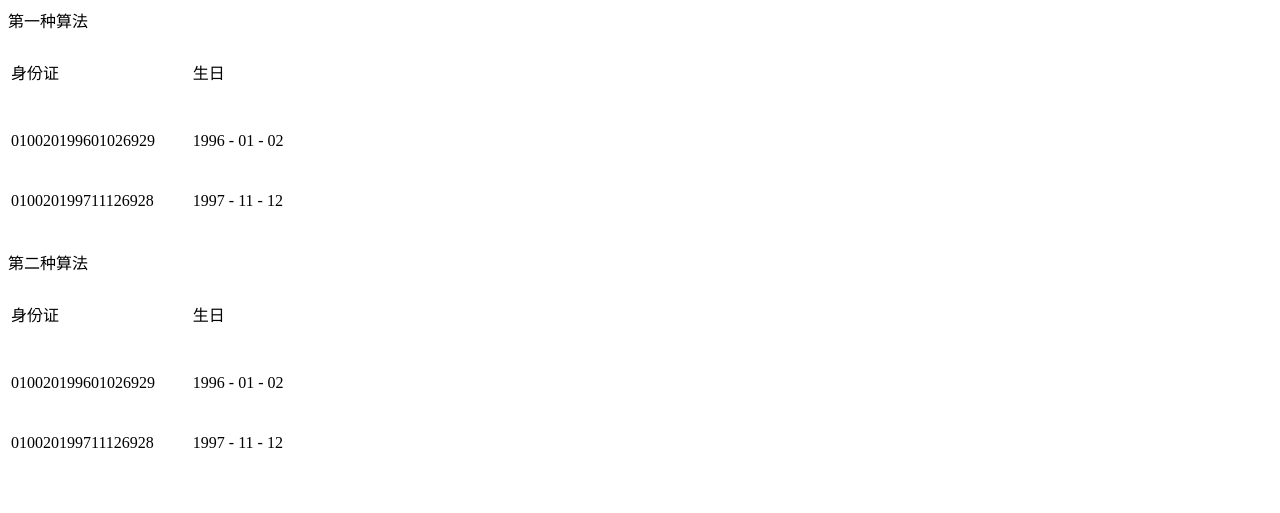
Repository: Fuhai-Chen/javaweb
Page: http://localhost/Chapter_3/transBirthday.jsp
These files come from the project's save history. The page is drawn as it stood at one moment and after a run of saves; the edit follows.
The browser window is 1280 px wide. The pictures show the whole page.
The page is served by Tomcat 9.

Above is the page before, as saved 2020-09-20 06:24:16.

### Chapter_3/WebRoot/transBirthday.jsp
<%@ page language="java" import="java.util.*" pageEncoding="UTF-8"%>
<%
String path = request.getContextPath();
String basePath = request.getScheme()+"://"+request.getServerName()+":"+request.getServerPort()+path+"/";
%>

<!DOCTYPE HTML PUBLIC "-//W3C//DTD HTML 4.01 Transitional//EN">
<html>
  <head>
    <base href="<%=basePath%>">

    <style type="text/css">
    	.tb1{
    		border:1;
    		background: #fff;

    	 	left:30%;
    	 	top:50%;
    	 	width:300px;
    	 	height:200px;
    	}
    	.tb2{

    		left:50%;
    		top:50%;
    		width:300px;
    	 	height:200px;

    	}
    </style>

    <title>身份证转生日页面</title>

	<meta http-equiv="pragma" content="no-cache">
	<meta http-equiv="cache-control" content="no-cache">
	<meta http-equiv="expires" content="0">
	<meta http-equiv="keywords" content="keyword1,keyword2,keyword3">
	<meta http-equiv="description" content="This is my page">
	<!--
	<link rel="stylesheet" type="text/css" href="styles.css">
	-->

  </head>

  <body>
  第一种算法<br>
  	<!-- 编写思路：
  			1、使用String数组存储id数据。
  			2、分别对数据调用substring()方法。
  			3、利用<tabel>表单构建表格显示文字。
  	 -->
  	 <!-- 这里调用了Scriptlet（脚本代码段） -->
  	 <% String id [] = {"010020199601026929","010020199711126928"}; %>
  	 <table class = "tb1">
  	 	<tr>
  	 		<td>身份证</td>
  	 		<td>生日</td>
  	 	</tr>

  	 	<tr>
  	 		<td>
  	 			<%= id[0] %>
  	 		</td>
  	 		<!--
  	 			substring()方法: 返回字符串的子字符串
  	 			(可理解为python的数组切片，但只能用于单个字符串类型数据)注意S是小写
  	 			语法：

  	 			public String substring (int beginIndex)
  	 			or
  	 			public String substring (int beginIndex, int endIndex)
  	 			beginIndex起始索引，从0开始；endIndex结束索引，不包括该值。
  	 		 -->
			<td>
				<!-- 这里调用了表达式 -->
				<%= id[0].substring(6,10)  %> - <%= id[0].substring(10,12) %> - <%= id[0].substring(12,14) %>
			</td>
  	 	</tr>

  	 	<tr>
  	 		<td>
  	 			<%= id[1] %>
  	 		</td>
  	 		<td>
  	 			<%= id[1].substring(6,10)  %> - <%= id[1].substring(10,12) %> - <%= id[1].substring(12,14) %>
  	 		</td>
  	 	</tr>
  	 </table>

  	 <br>
  	 	第二种算法<br>
  	 	<!-- 使用for循环来遍历数组执行显示操作，更适合实际应用(修订日期：9.20) -->
  	 <table class = "tb2">
  	 	<tr>
  	 		<td>身份证</td>
  	 		<td>生日</td>
  	 	</tr>
  	 	<!-- For loop call -->
  	 <% for(int i = 0; i < id.length; i ++){ %>
  	 	<tr>
  	 		<td>
  	 			<%= id[i] %>
  	 		</td>
  	 		<td>
  	 			<%= id[i].substring(6,10)  %> - <%= id[i].substring(10,12) %> - <%= id[i].substring(12,14) %>
  	 		</td>

  	 	</tr>
  	 	<%} %>

  	 </table>
  </body>
</html>

After the next 2 saves:
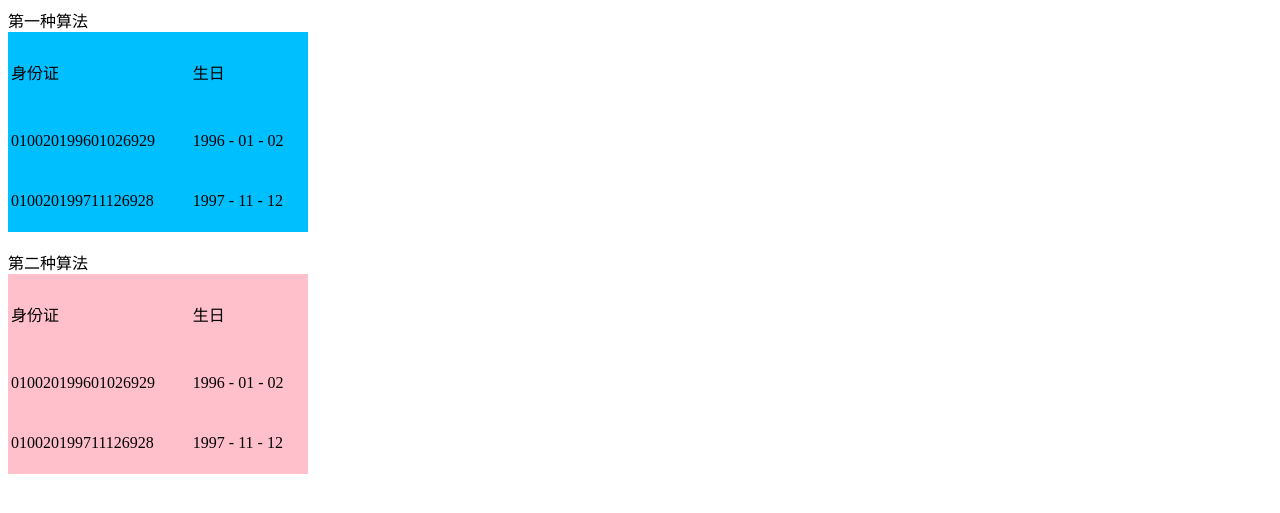
The 2 saves are shown as one change because they came seconds apart.
The last was saved 100 s later.
--- a/Chapter_3/WebRoot/transBirthday.jsp
+++ b/Chapter_3/WebRoot/transBirthday.jsp
@@ -12,15 +12,15 @@ String basePath = request.getScheme()+"://"+request.getServerName()+":"+request.
     <style type="text/css">
     	.tb1{
     		border:1;
-    		background: #fff;
-
+    		background:deepskyblue;
     	 	left:30%;
     	 	top:50%;
     	 	width:300px;
     	 	height:200px;
     	}
     	.tb2{
-
+    		border:1;
+    		background:pink;
     		left:50%;
     		top:50%;
     		width:300px;
